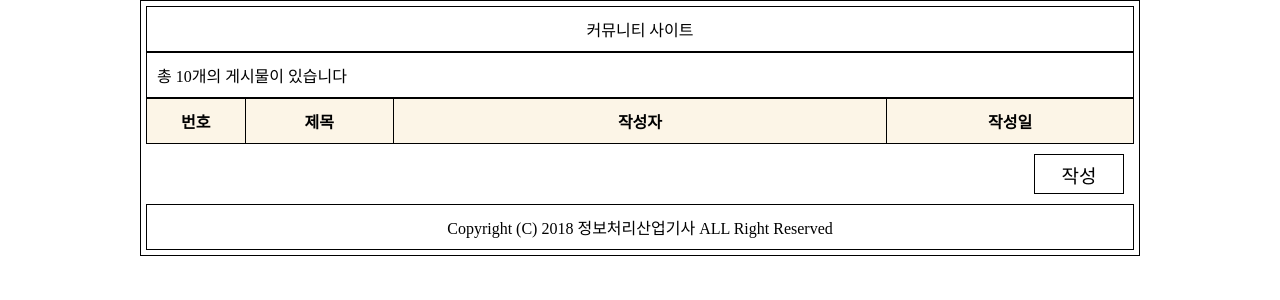
Repository: anakyn01/exam
Page: http://localhost/community/
An editor plug-in stored every save of this project. The page is shown before and after the next save, followed by the edit.
The browser window is 1280 px wide. The pictures show the whole page.
The page is served by Tomcat 9. Queries for data that is not in the repository find no rows.

Above is the page before, as saved 2024-11-15 06:40:14.

After the next save:
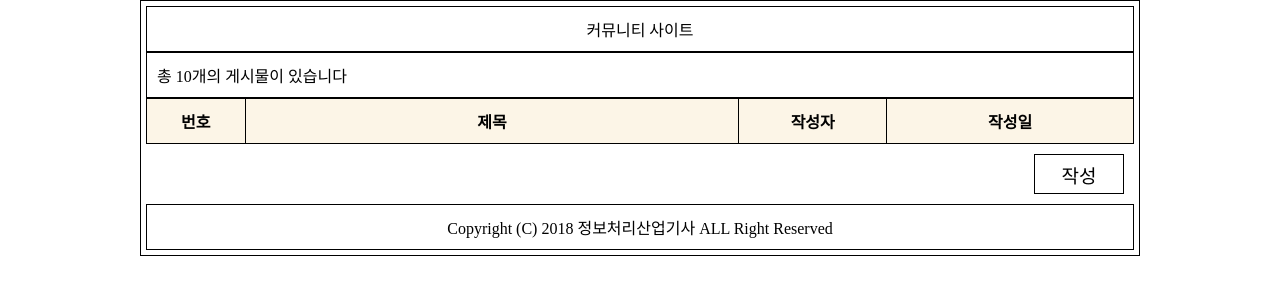
Saved 13 s later.
--- a/community/src/main/webapp/index.jsp
+++ b/community/src/main/webapp/index.jsp
@@ -18,8 +18,8 @@
 <table class="table">
 <colgroup>
 <col width="10%"/>
+<col width="50%"/>
 <col width="15%"/>
-<col width="50%"/>
 <col width="25%"/>
 </colgroup>
 <thead>
